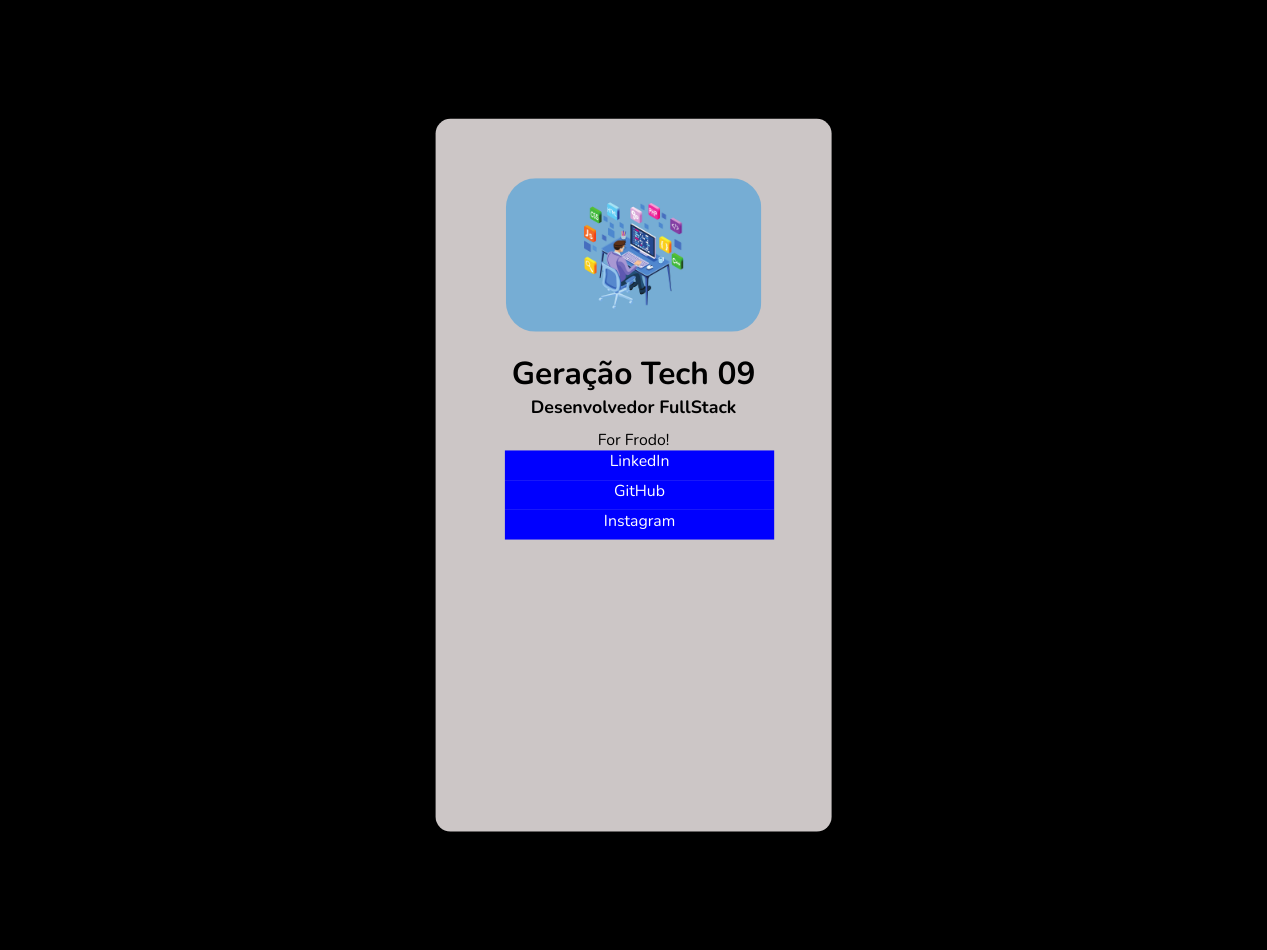
Repository: medeirosregis/linktree-gt09
Page: index.html
These files come from the project's save history. The page is drawn as it stood at one moment and after a run of saves; the edit follows.
The browser window is 1280 px wide. The pictures show the whole page, at 99% of full size.

Above is the page before, as saved 2025-04-11 09:04:14.

After the next 2 saves:
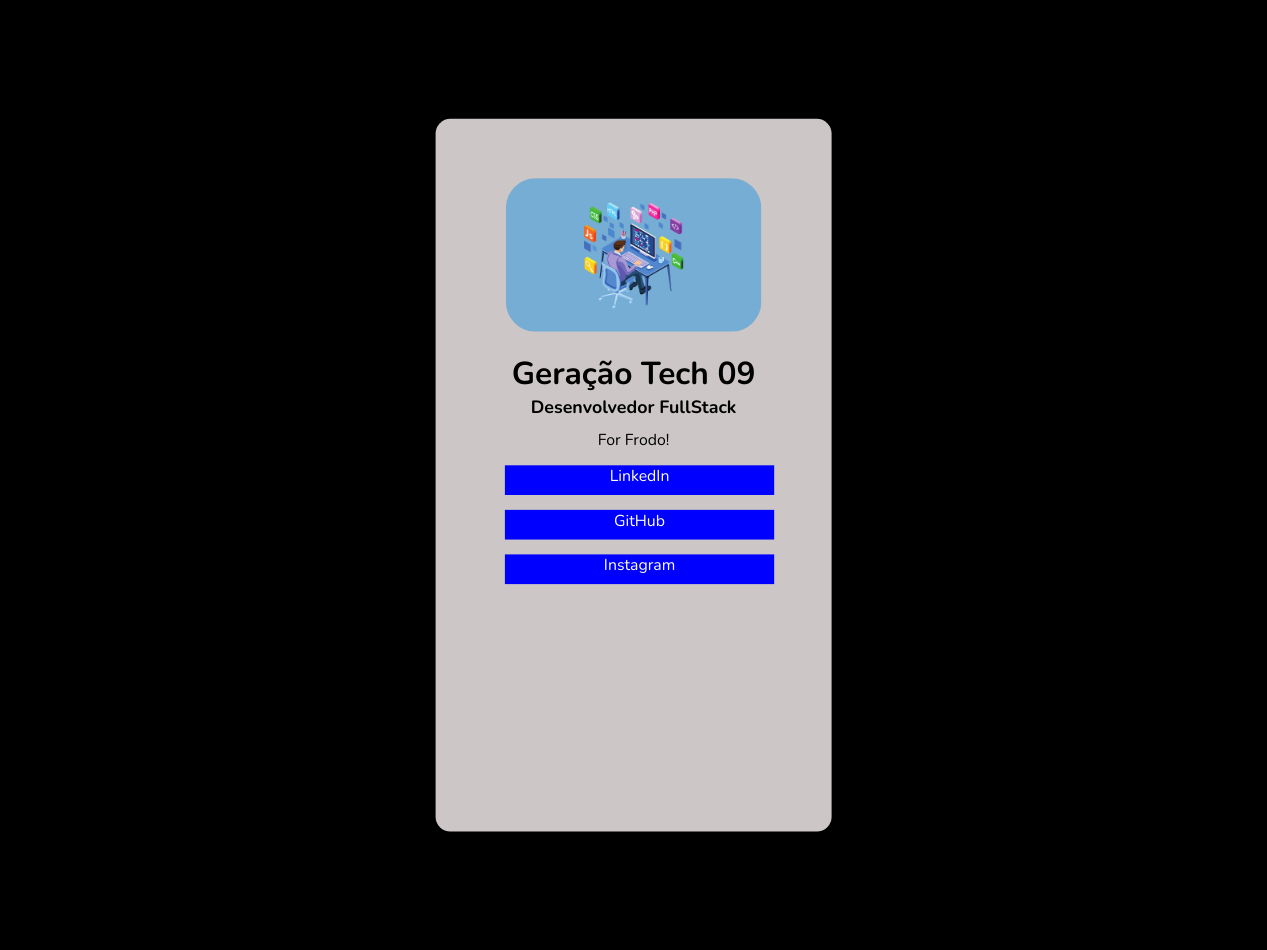
The 2 saves are shown as one change because they came seconds apart.
The last was saved 6 s later.
--- a/style.css
+++ b/style.css
@@ -51,5 +51,5 @@
     width: 272px;
     height: 30px;
     background-color: blue;
-    margin: ;
+    margin: 15px 0;
 }
